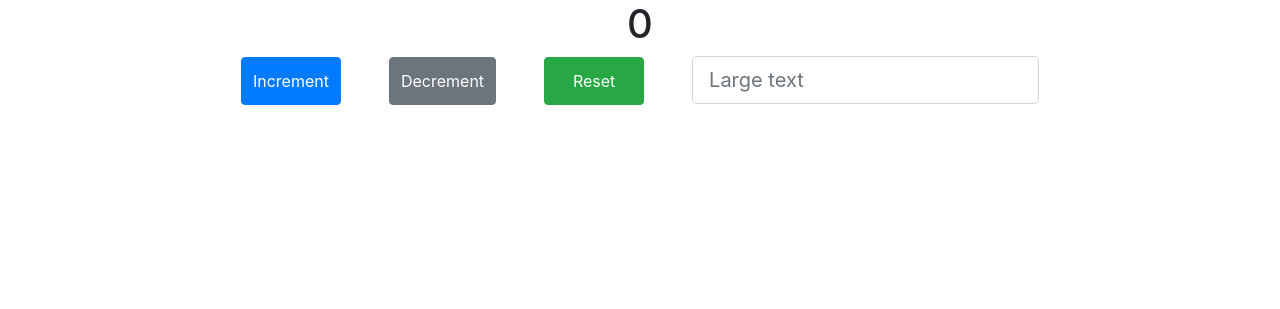
Repository: tts2610/redux-counter
Page: /
An editor plug-in stored every save of this project. The page is shown before and after the next save, followed by the edit.
The browser window is 1280 px wide. The pictures show the whole page.
The project was rebuilt for these pictures with package versions that can differ from the ones it lists, and the page was loaded fresh each time.

Above is the page before, as saved 2020-06-09 15:08:59.

### src/index.js
import React from "react";
import ReactDOM from "react-dom";
import "./index.css";
import App from "./App";
import * as serviceWorker from "./serviceWorker";
import { createStore } from "redux";
import { Provider } from "react-redux";

const initialState = {
  count: 0,
  color: "pink",
};

function countReducer(state = initialState, action) {
  switch (action.type) {
    case "INCREMENT":
      return {
        count: state.count + 1,
      };
    case "DECREMENT":
      return {
        count: state.count - 1,
      };
    case "RESET":
      return {
        count: 0,
      };
    case "CHANGECOLOR":
      return {
        color: action.payload,
      };
    default:
      return state;
  }
}

const store = createStore(
  countReducer,
  // Hooks up Redux Devtools
  window.__REDUX_DEVTOOLS_EXTENSION__ && window.__REDUX_DEVTOOLS_EXTENSION__()
);

ReactDOM.render(
  <Provider store={store}>
    <App />
  </Provider>,
  document.getElementById("root")
);

// If you want your app to work offline and load faster, you can change
// unregister() to register() below. Note this comes with some pitfalls.
// Learn more about service workers: https://bit.ly/CRA-PWA
serviceWorker.unregister();

### src/App.js
import React, { useState } from "react";
import logo from "./logo.svg";
import "./App.css";
import { useSelector, useDispatch } from "react-redux";
import "bootstrap/dist/css/bootstrap.min.css";
import { Form, Button } from "react-bootstrap";

function App() {
  const count = useSelector((state) => state.count);
  const color = useSelector((state) => state.color);
  const dispatch = useDispatch();
  let divList = [];
  while (count > 0) {
    divList.push(
      <div
        style={{
          width: "150px",
          height: "150px",
          backgroundColor: `${color}`,
          margin: "0 auto",
        }}
      ></div>
    );
  }
  return (
    <div className="App">
      <h1>{count}</h1>
      <div
        style={{
          display: "flex",
          justifyContent: "center",
          alignItems: "baseline",
        }}
      >
        <Button
          onClick={() => dispatch({ type: "INCREMENT" })}
          variant="primary"
          className="mr-5"
          style={{ minWidth: "100px", padding: "11px" }}
        >
          Increment
        </Button>{" "}
        <Button
          onClick={() => dispatch({ type: "DECREMENT" })}
          variant="secondary"
          className="mr-5"
          style={{ minWidth: "100px", padding: "11px" }}
        >
          Decrement
        </Button>{" "}
        <Button
          onClick={() => dispatch({ type: "RESET" })}
          variant="success"
          className="mr-5"
          style={{ minWidth: "100px", padding: "11px" }}
        >
          Reset
        </Button>{" "}
        <Form.Group>
          <Form.Control
            size="lg"
            onChange={(e) =>
              dispatch({ type: "CHANGECOLOR", payload: e.target.value })
            }
            type="text"
            placeholder="Large text"
          />
        </Form.Group>
      </div>
      {divList}
    </div>
  );
}

export default App;

Loaded but not shown: public/index.html (common file); src/index.css (common file); src/serviceWorker.js (common file); src/App.css (common file)

After the next save:
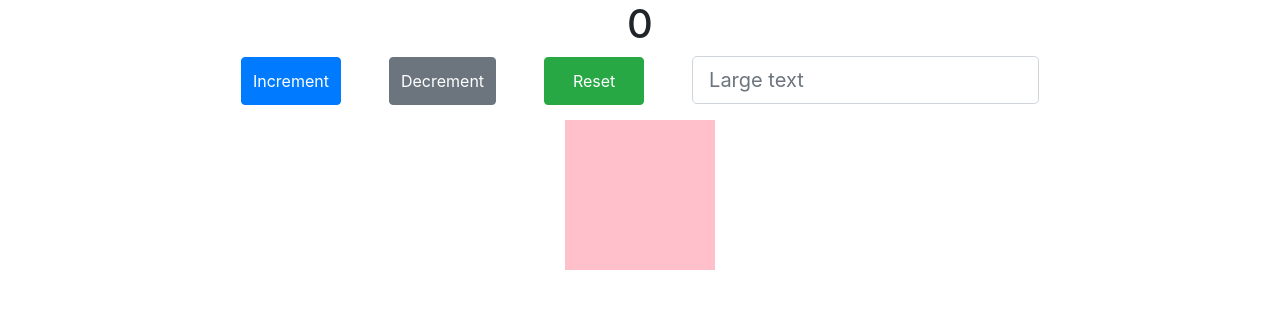
Saved 39 s later.
--- a/src/App.js
+++ b/src/App.js
@@ -9,19 +9,7 @@ function App() {
   const count = useSelector((state) => state.count);
   const color = useSelector((state) => state.color);
   const dispatch = useDispatch();
-  let divList = [];
-  while (count > 0) {
-    divList.push(
-      <div
-        style={{
-          width: "150px",
-          height: "150px",
-          backgroundColor: `${color}`,
-          margin: "0 auto",
-        }}
-      ></div>
-    );
-  }
+
   return (
     <div className="App">
       <h1>{count}</h1>
@@ -67,7 +55,15 @@ function App() {
           />
         </Form.Group>
       </div>
-      {divList}
+
+      <div
+        style={{
+          width: "150px",
+          height: "150px",
+          backgroundColor: `${color}`,
+          margin: "0 auto",
+        }}
+      ></div>
     </div>
   );
 }
